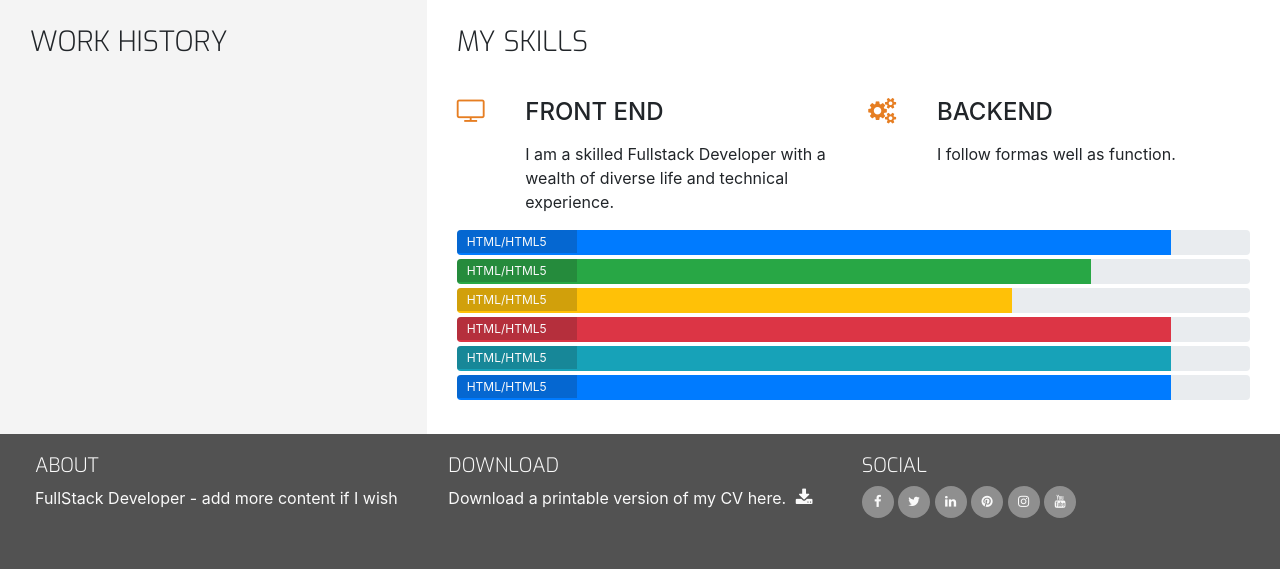
Repository: JustWhiteGit/Rosies-Resume
Page: resume.html
The author's editor kept a record of every edit. The page is drawn from the files as they stood at one moment, then again after the next edit.
The browser window is 1280 px wide. The pictures show the part of the page from y = 369 to 938 px (the page is 938 px tall).

Above is the page before.

After the next edit:
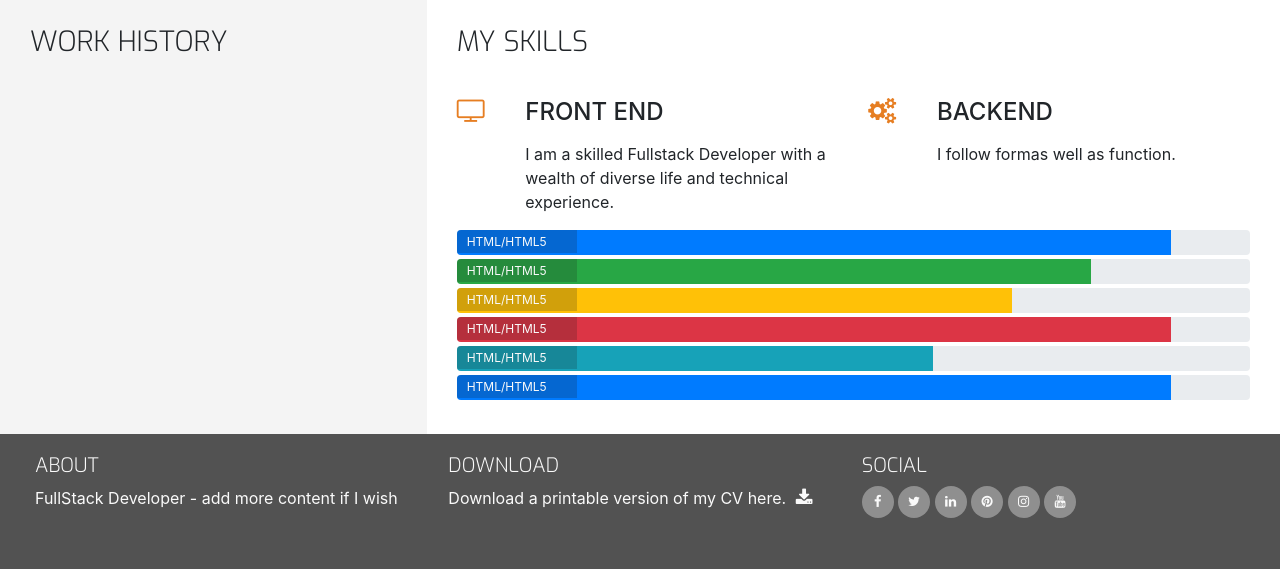
The edit:
--- a/resume.html
+++ b/resume.html
@@ -117,8 +117,8 @@
                             <span class="progress-type">HTML/HTML5</span>
                         </div>
                         <div class="progress">
-                            <div class="progress-bar bg-info" role="progressbar" aria-valuenow="90" aria-valuemin="0" aria-valuemax="100" style="width:90%">
-                                <span class="sr-only"></span>
+                            <div class="progress-bar bg-info" role="progressbar" aria-valuenow="60" aria-valuemin="0" aria-valuemax="100" style="width:60%">
+                                <span class="sr-only">60% complete</span>
                             </div>
                             <span class="progress-type">HTML/HTML5</span>
                         </div>
